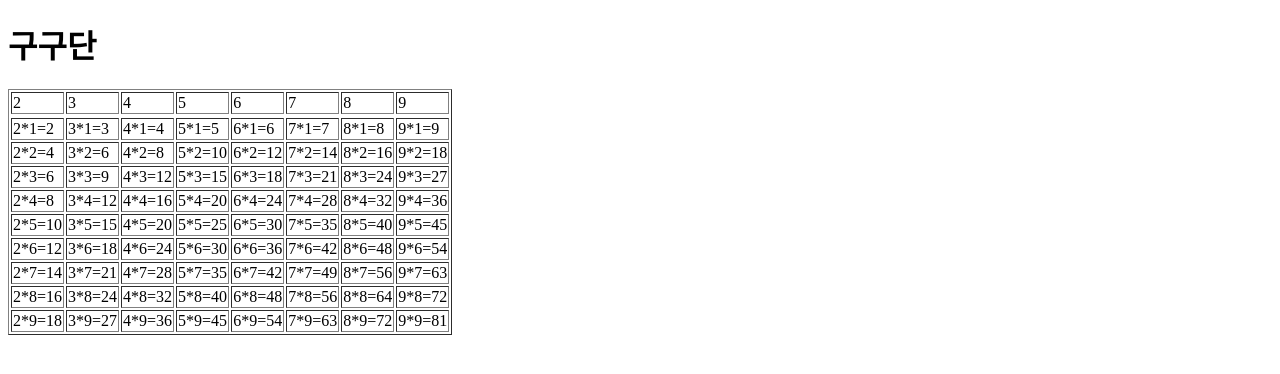
Repository: jihyeon00/java_web_sol
Page: http://localhost/jspweb_07/gugu.jsp
These files come from the project's save history. The page is drawn as it stood at one moment and after the next save; the edit follows.
The browser window is 1280 px wide. The pictures show the whole page.
The page is served by Tomcat 9.

Above is the page before, as saved 2024-01-11 02:48:19.

After the next save:
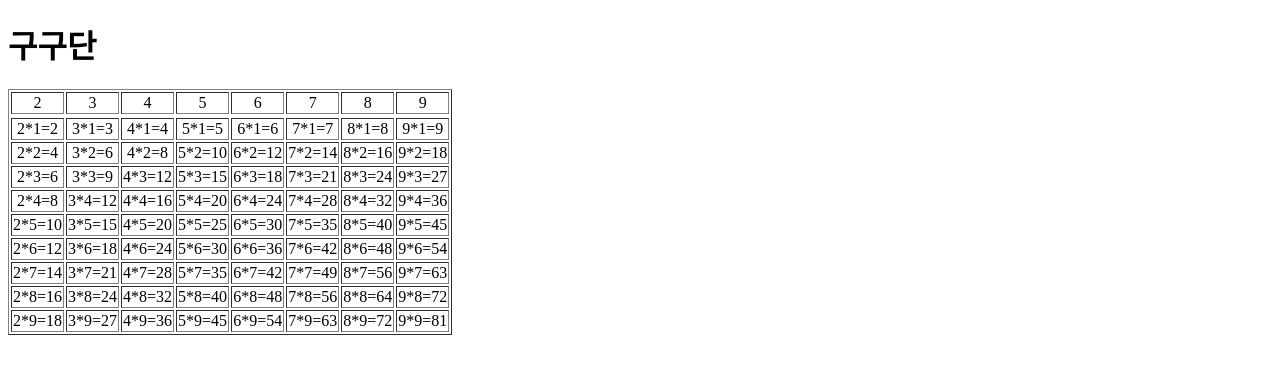
Saved 16 s later.
--- a/workspace_stsb/jspweb_07/src/main/webapp/gugu.jsp
+++ b/workspace_stsb/jspweb_07/src/main/webapp/gugu.jsp
@@ -7,10 +7,9 @@
 <title>Insert title here</title>
 </head>
 <style>
-table {
-
-}
-
+	table {
+		text-align: center;
+	}
 </style>
 <body>
 	<h1>구구단</h1>
